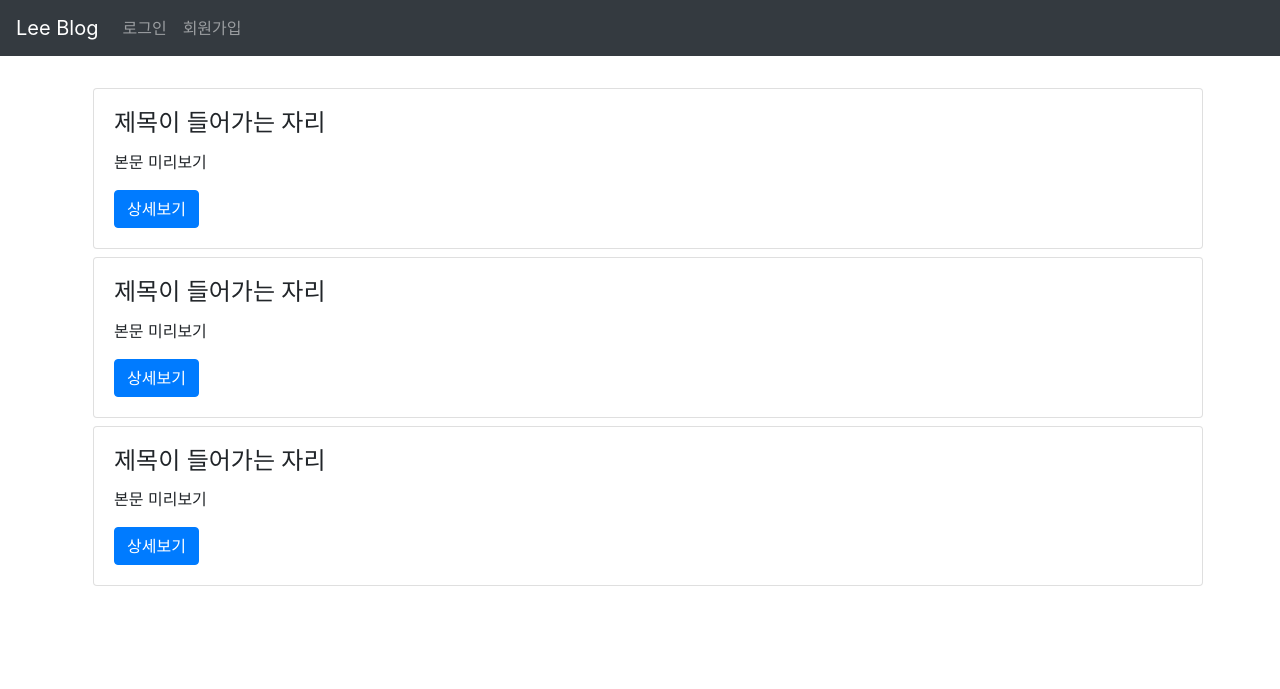
Repository: bk6717/jspwork
Page: http://localhost/blog/home.jsp
These files come from the project's save history. The page is drawn as it stood at one moment and after the next save; the edit follows.
The browser window is 1280 px wide. The pictures show the whole page.
The page is served by Tomcat 9. Other server files are loaded and not shown.

Above is the page before, as saved 2020-05-29 02:07:14.

### blog2/src/com/cos/blog/WebContent/home.jsp
<%@ page language="java" contentType="text/html; charset=UTF-8"
    pageEncoding="UTF-8"%>

<%@ include file = "include/nav.jsp" %>    <!-- 같은 위치에 있으니까 -->
<div class="container">
	<div class="card m-2" style="width:100%">

	  	<div class="card-body">
	       <h4 class="card-title">제목이 들어가는 자리</h4>
	       <p class="card-text">본문 미리보기</p>
	 	   <a href="#" class="btn btn-primary">상세보기</a>
	 	</div>
    </div>

	<div class="card m-2" style="width:100%">
	 	   <div class="card-body">
	 	   <h4 class="card-title">제목이 들어가는 자리</h4>
	 	   <p class="card-text">본문 미리보기</p>
	  	   <a href="#" class="btn btn-primary">상세보기</a>
	    </div>
	</div>

	<div class="card m-2" style="width:100%">

	   	<div class="card-body">
	       <h4 class="card-title">제목이 들어가는 자리</h4>
	       <p class="card-text">본문 미리보기</p>
	 	   <a href="#" class="btn btn-primary">상세보기</a>
	    </div>
	</div>
</div>



</body>
</html>

### blog2/src/com/cos/blog/WebContent/include/nav.jsp
<%@ page language="java" contentType="text/html; charset=UTF-8"
    pageEncoding="UTF-8"%>
<!DOCTYPE html>
<html lang="en">
<head>
  <title>Lee blog 제목</title>
  <meta charset="utf-8">
  <meta name="viewport" content="width=device-width, initial-scale=1">
  <link rel="stylesheet" href="https://maxcdn.bootstrapcdn.com/bootstrap/4.5.0/css/bootstrap.min.css">
  <script src="https://ajax.googleapis.com/ajax/libs/jquery/3.5.1/jquery.min.js"></script>
  <script src="https://cdnjs.cloudflare.com/ajax/libs/popper.js/1.16.0/umd/popper.min.js"></script>
  <script src="https://maxcdn.bootstrapcdn.com/bootstrap/4.5.0/js/bootstrap.min.js"></script>
</head>
<body>

<nav class="navbar navbar-expand-md bg-dark navbar-dark">
  <a class="navbar-brand" href="#">Lee Blog</a>
  <button class="navbar-toggler" type="button" data-toggle="collapse" data-target="#collapsibleNavbar">
    <span class="navbar-toggler-icon"></span>
  </button>
  <div class="collapse navbar-collapse" id="collapsibleNavbar">
    <ul class="navbar-nav">
      <li class="nav-item">
        <a class="nav-link" href="#">로그인</a>
      </li>
      <li class="nav-item">
        <a class="nav-link" href="#">회원가입</a>

    </ul>
  </div>
</nav>
<br>

After the next save:
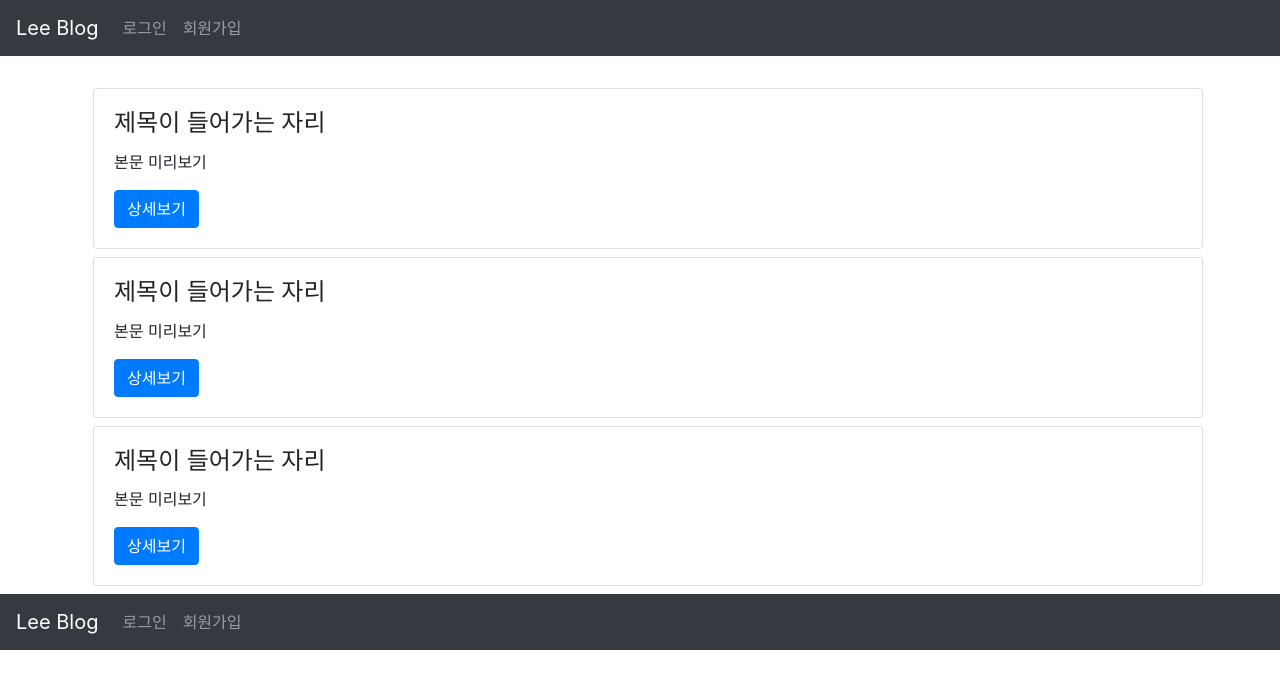
Saved 6 s later.
--- a/blog2/src/com/cos/blog/WebContent/home.jsp
+++ b/blog2/src/com/cos/blog/WebContent/home.jsp
@@ -31,6 +31,4 @@
 </div>
 
 
-
-</body>
-</html>
+<%@ include file = "../include/nav.jsp" %> <!--  상대경로.. -->
